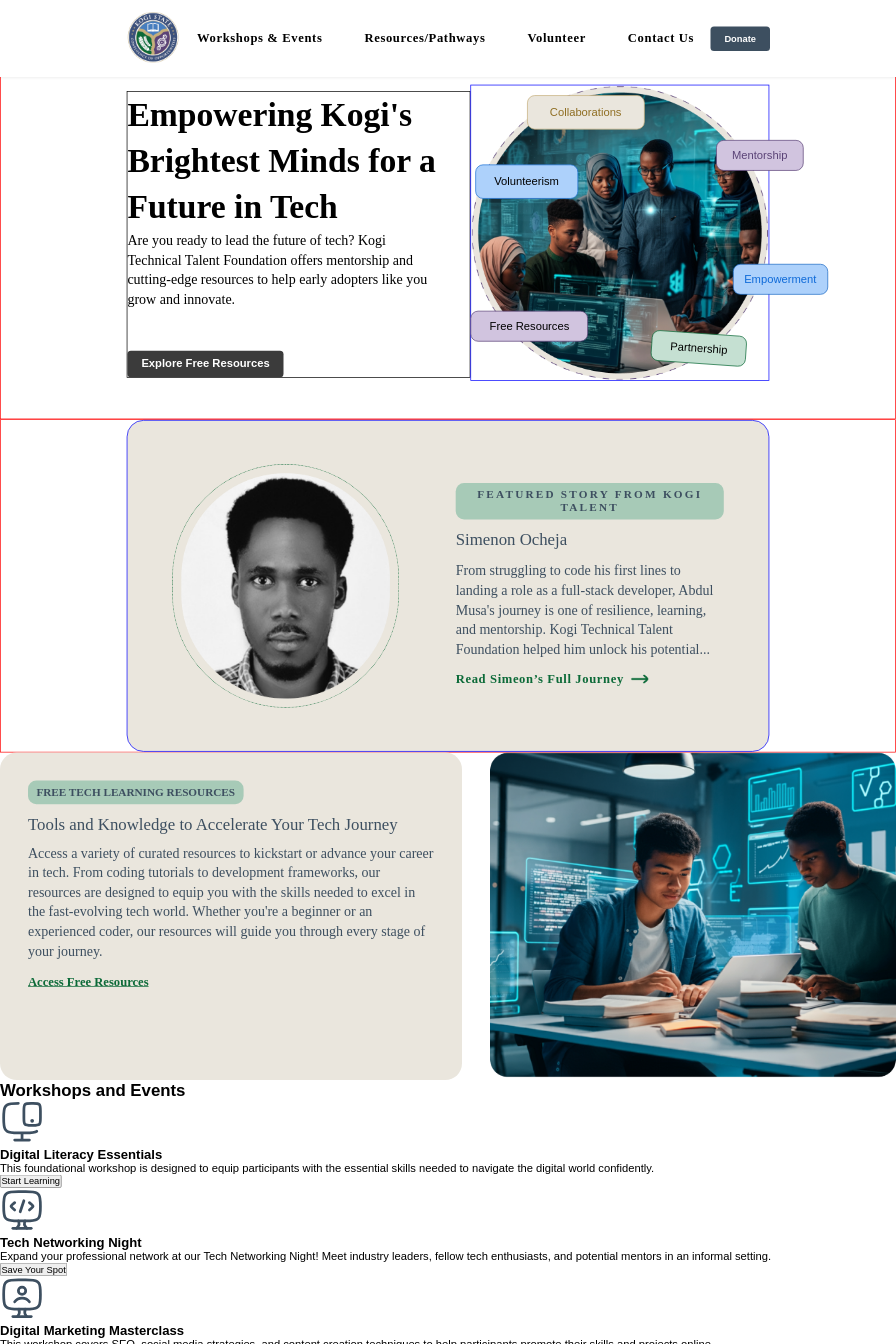
Repository: Cryptim/3MTT-Kogi-Foundation
Page: index.html
These files come from the project's save history. The page is drawn as it stood at one moment and after the next save; the edit follows.
The browser window is 1280 px wide. The pictures show the part of the page from y = 0 to 1920 px (the page is 5055 px tall), at 70% of full size.

Above is the page before, as saved 2024-11-15 01:53:13.

After the next save:
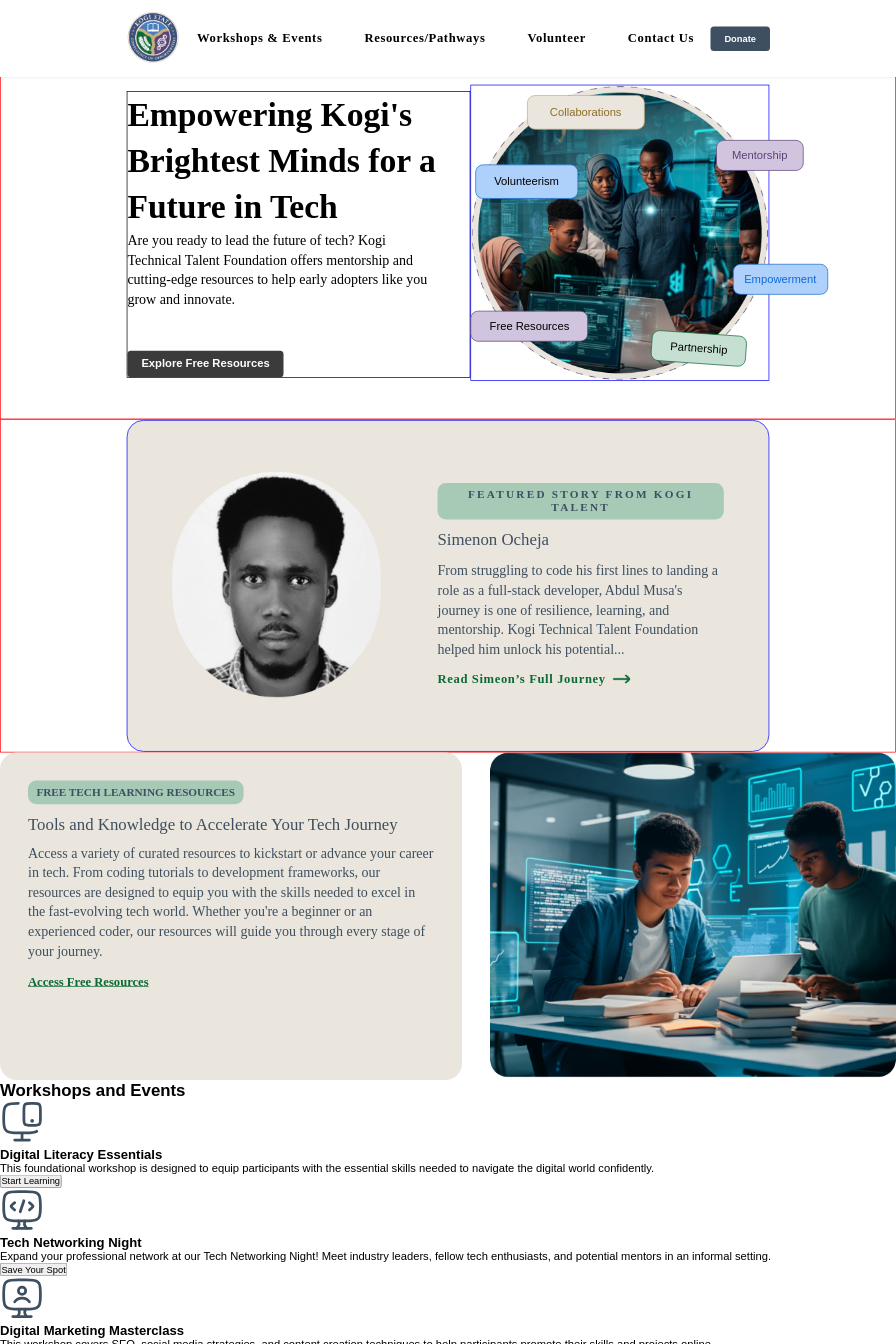
Saved 7 s later.
--- a/index.html
+++ b/index.html
@@ -53,11 +53,7 @@
       >
         <div  class="featuredStoryDottedImageLine"
           style="
-            padding: 12px;
-            border-radius: 500px;
-            border: 1px #0c6a38 dotted;
-            display: flex;
-            align-items: center;
+
           "
         >
           <img
